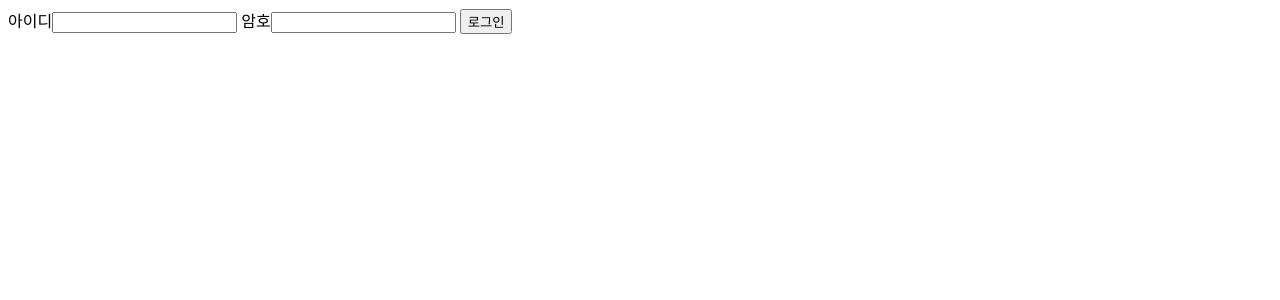
Repository: teeeeeeemo/workspace_jsp
Page: http://localhost/chap19/loginForm.jsp
An editor plug-in stored every save of this project. The page is shown before and after the next save, followed by the edit.
The browser window is 1280 px wide. The pictures show the whole page.
The page is served by Tomcat 9. Nobody is signed in. The application's start-up code is not run. Other server files are loaded and not shown.

Above is the page before, as saved 2017-01-14 13:51:47.

### chap19/WebContent/loginForm.jsp
<%@ page language="java" contentType="text/html; charset=UTF-8"
    pageEncoding="UTF-8"%>
<!DOCTYPE html PUBLIC "-//W3C//DTD HTML 4.01 Transitional//EN" "http://www.w3.org/TR/html4/loose.dtd">
<html>
<head>
<meta http-equiv="Content-Type" content="text/html; charset=UTF-8">
<title>로그인</title>
</head>
<body>
<%System.out.println(request.getContextPath()); %>
<form action="<%=request.getContextPath()%>/login.jsp">
아이디<input type="text" name="memberId">
암호<input type="password" name="password">
<input type="submit" value="로그인">
</form>

</body>
</html>

After the next save:
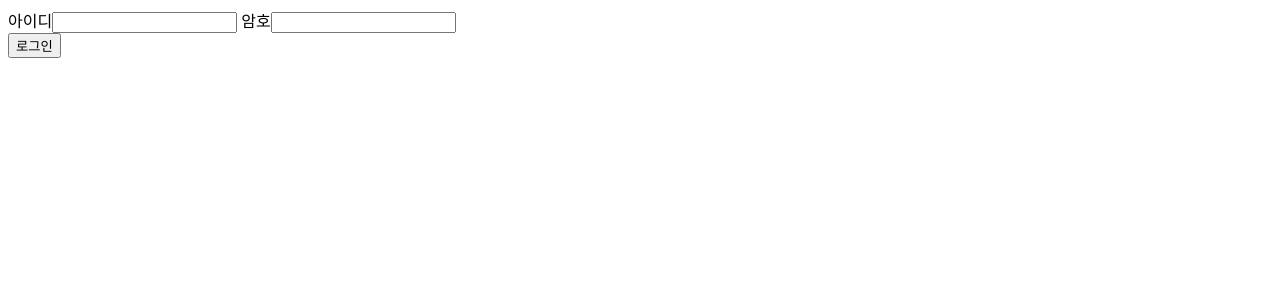
Saved 22 s later.
--- a/chap19/WebContent/loginForm.jsp
+++ b/chap19/WebContent/loginForm.jsp
@@ -10,7 +10,7 @@
 <%System.out.println(request.getContextPath()); %>
 <form action="<%=request.getContextPath()%>/login.jsp">
 아이디<input type="text" name="memberId">
-암호<input type="password" name="password">
+암호<input type="password" name="password"><br>
 <input type="submit" value="로그인">
 </form>
 
